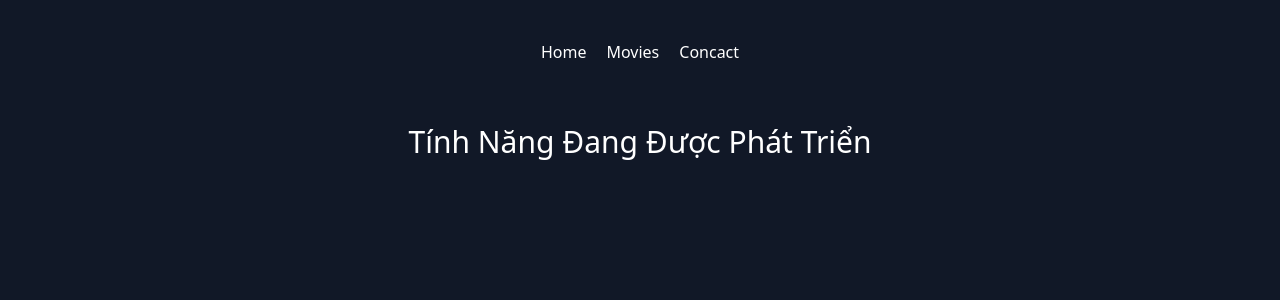
Repository: kieuduc123/ProjectMini-Movies
Page: /concact
An editor plug-in stored every save of this project. The page is shown before and after the next save, followed by the edit.
The browser window is 1280 px wide. The pictures show the whole page.
The project was rebuilt for these pictures with package versions that can differ from the ones it lists, and the page was loaded fresh each time. Also part of the build but not shown: vite.config.js, src/config.jsx, src/components/banner/Banner.jsx, src/components/movie/MoviCard.jsx, src/components/movie/MoviList.jsx, src/page/Homepage.jsx, src/page/MoviesPage.jsx, src/page/MoviesDetails.jsx.

Above is the page before, as saved 2023-09-06 00:26:45.

After the next save:
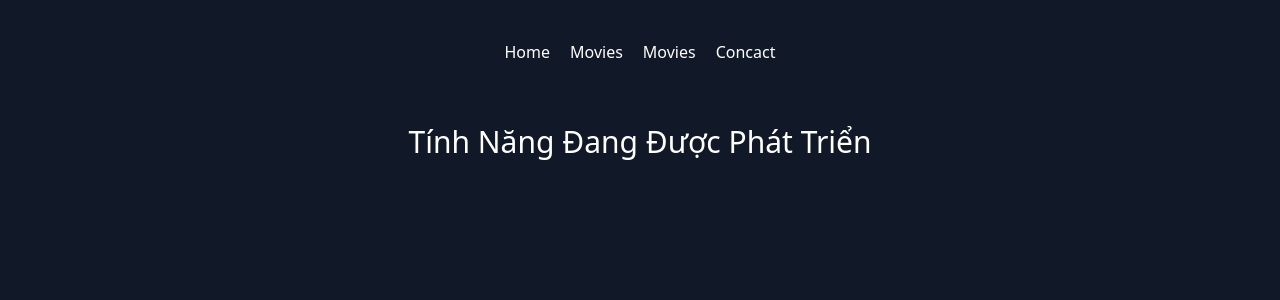
Saved 107 s later.
--- a/src/layout/Header.jsx
+++ b/src/layout/Header.jsx
@@ -7,7 +7,8 @@
          <NavLink to= "/"
          className={({isActive}) => (isActive ? "text-primary" : "")}
          >Home</NavLink>
-         <NavLink to= "/movies" className={({isActive}) => (isActive ?        "text-primary" :"")}>Movies</NavLink>
+         <NavLink to= "/movies" className={({isActive}) => (isActive ?   "text-primary" :"")}>Movies</NavLink>
+         <NavLink to= "/movie/:movieId/" className={({isActive}) => (isActive ?   "text-primary" :"")}>Movies</NavLink>
          <NavLink to= "/concact " className={({isActive}) => (isActive ?   "text-primary" :"")}>Concact</NavLink>
    </header>
     );

After the save that followed:
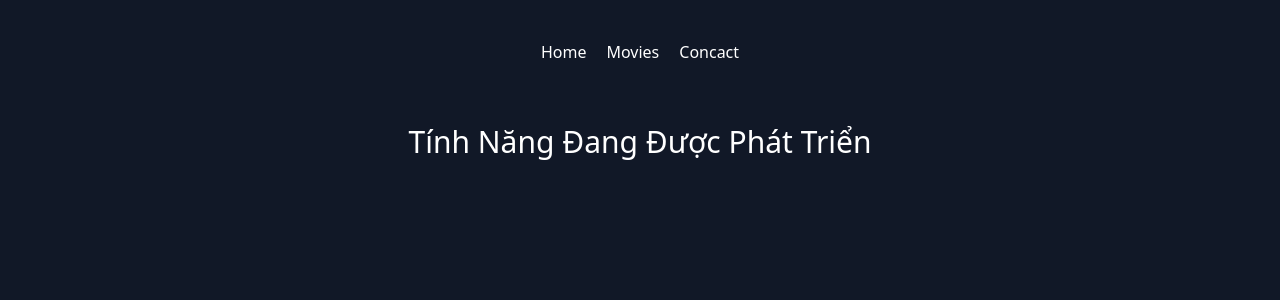
Saved 2 min 8 s later.
--- a/src/layout/Header.jsx
+++ b/src/layout/Header.jsx
@@ -7,8 +7,7 @@
          <NavLink to= "/"
          className={({isActive}) => (isActive ? "text-primary" : "")}
          >Home</NavLink>
-         <NavLink to= "/movies" className={({isActive}) => (isActive ?   "text-primary" :"")}>Movies</NavLink>
-         <NavLink to= "/movie/:movieId/" className={({isActive}) => (isActive ?   "text-primary" :"")}>Movies</NavLink>
+         <NavLink to= {`"/movies" ||  /movie/:movieId/ `}  className={({isActive}) => (isActive ?   "text-primary" :"")}>Movies</NavLink>
          <NavLink to= "/concact " className={({isActive}) => (isActive ?   "text-primary" :"")}>Concact</NavLink>
    </header>
     );
